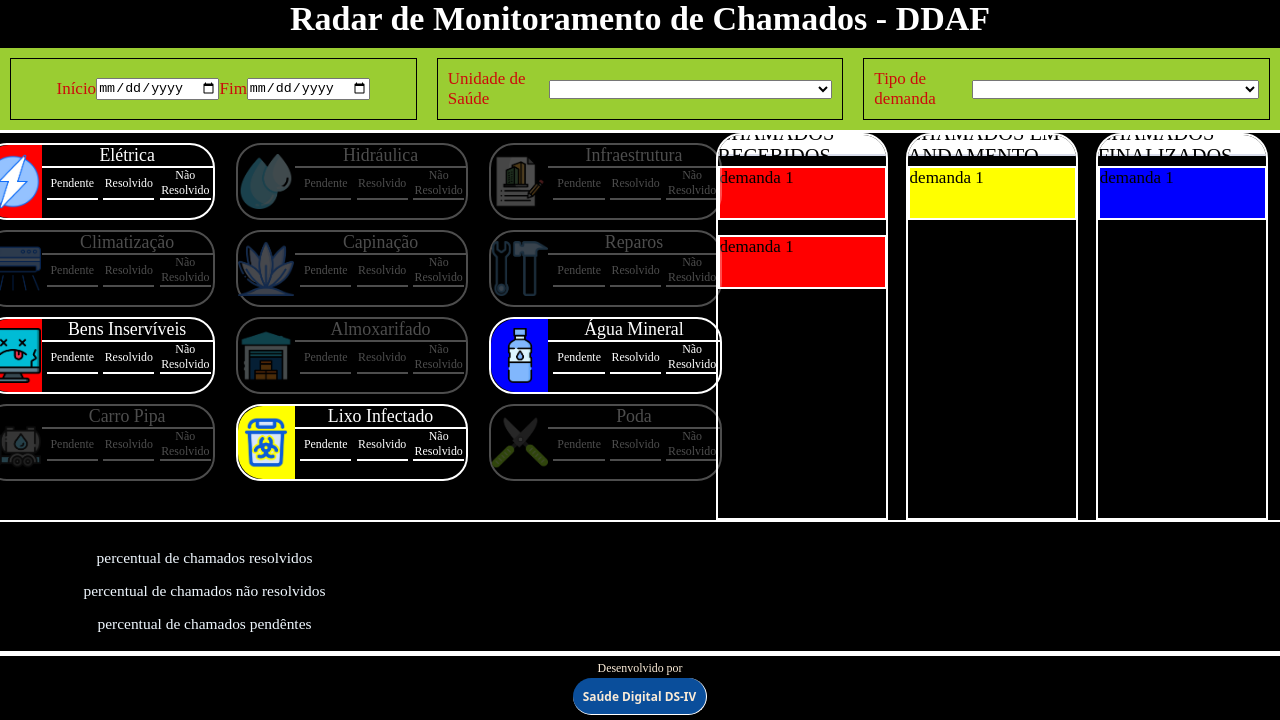
Repository: br-on/ddaf-chamados
Page: index.html
An editor plug-in stored every save of this project. The page is shown before and after the next save, followed by the edit.
The browser window is 1280 px wide. The pictures show the whole page.

Above is the page before, as saved 2025-01-25 01:26:42.

After the next save:
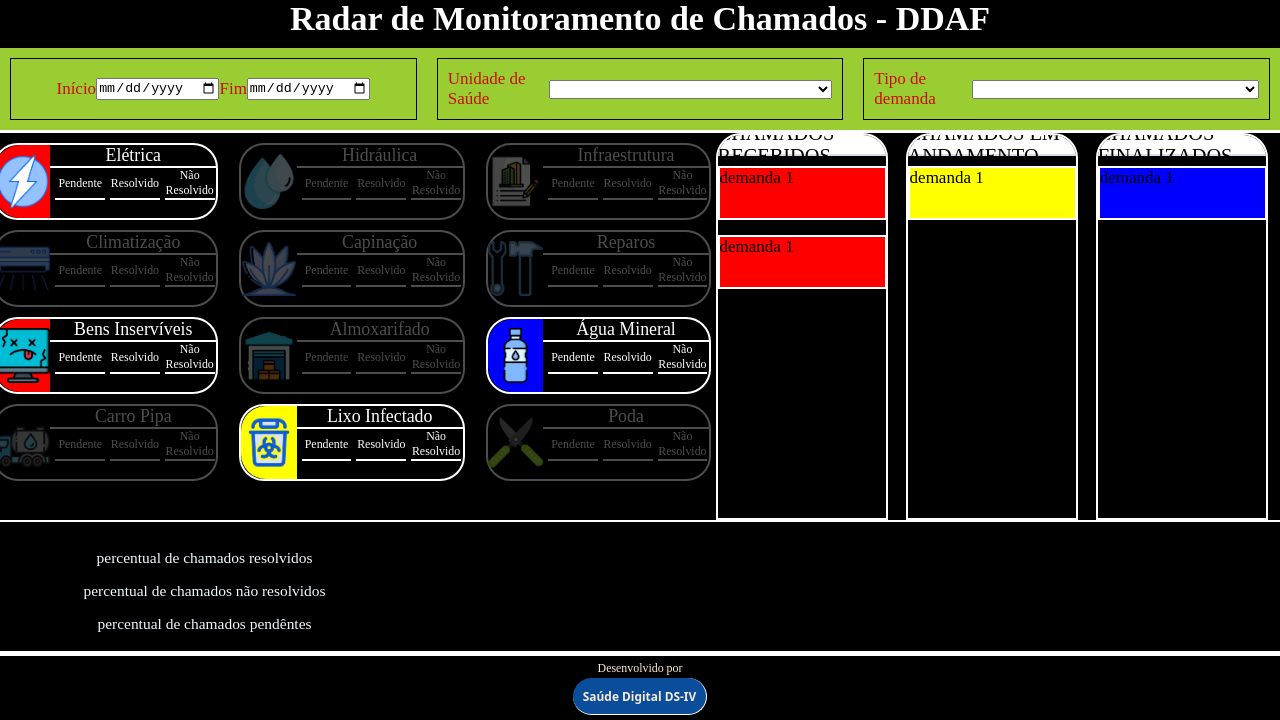
Saved 14 s later.
--- a/style.css
+++ b/style.css
@@ -265,7 +265,7 @@ footer {
         height: 100%;
         display: grid;
         justify-content: center;
-        grid-template-columns: 33% 33% 33%;
+        grid-template-columns: 32% 32% 32%;
         grid-template-rows: 22.5% 22.5% 22.5% 22.5%;
     }
     .andamento-demandas {
